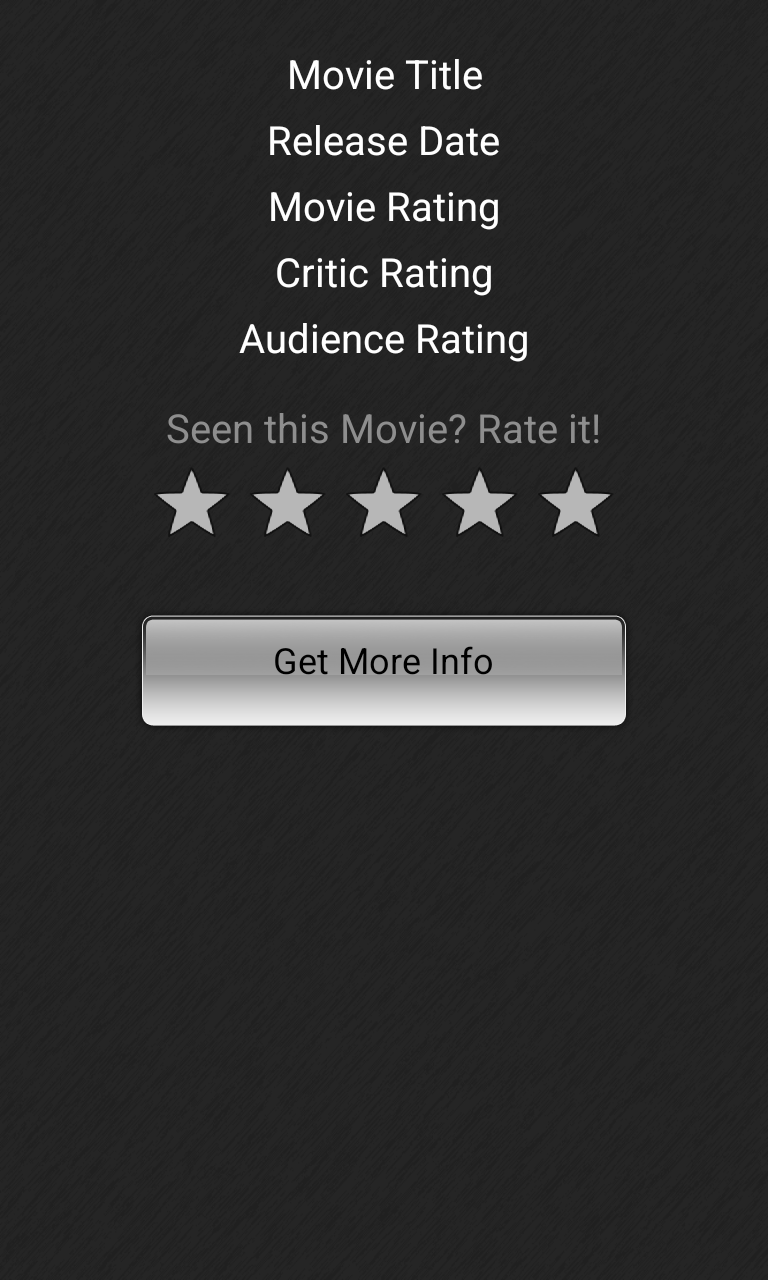
Repository: efreestone/Java2_Freestone
Layout: Java2Project3/res/layout/activity_details.xml
An editor plug-in stored every save of this project. The layout is shown before and after the next save, followed by the edit.
It is drawn on a 768 x 1280 px phone screen (xhdpi) without system bars, with theme AppTheme; the app's code is not run.

Above is the layout before, as saved 2014-05-22 19:36:30.

After the next save:
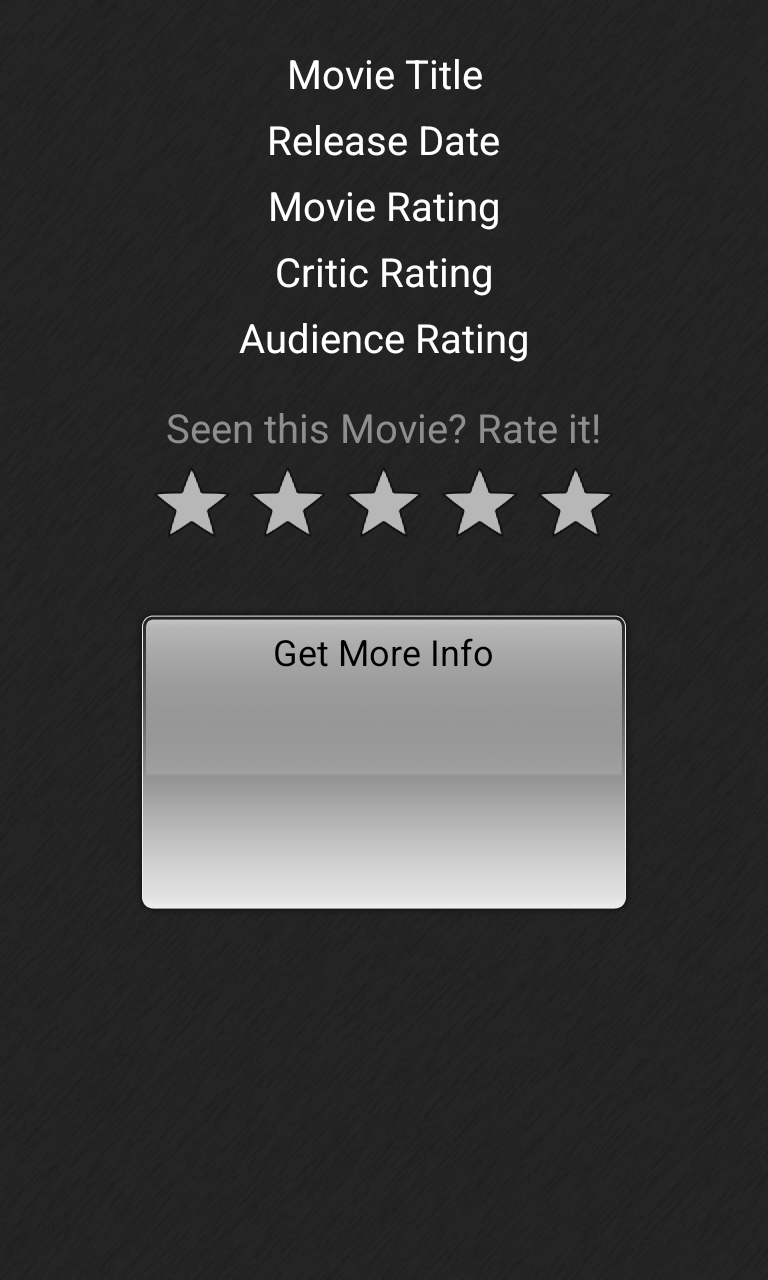
Saved 62 s later.
--- a/Java2Project3/res/layout/activity_details.xml
+++ b/Java2Project3/res/layout/activity_details.xml
@@ -79,7 +79,7 @@
             android:layout_height="wrap_content"
             android:layout_gravity="center"
             android:layout_margin="5dp"
-            android:paddingBottom="20dp"
+            android:paddingBottom="120dp"
             android:background="@drawable/button_background"
             android:clickable="true"
             android:text="@string/moreInfoButtonString"

After the save that followed:
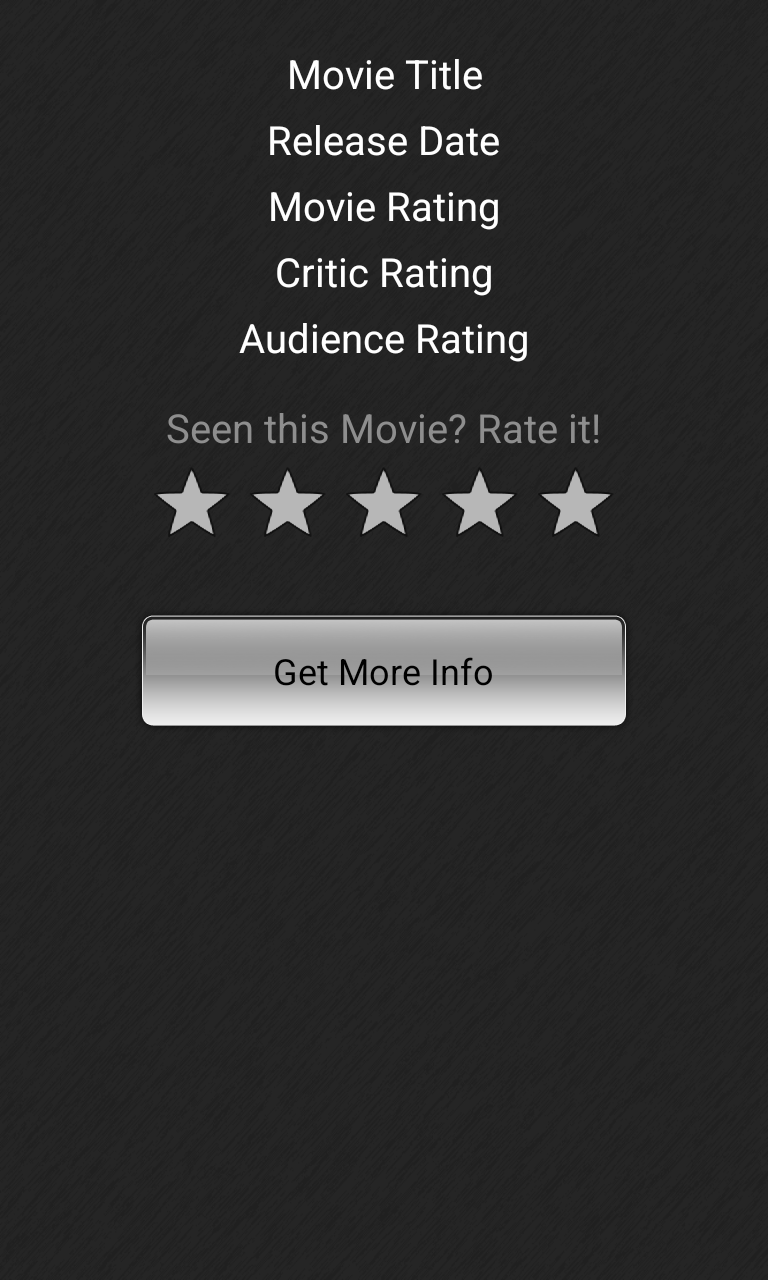
Saved 43 s later.
--- a/Java2Project3/res/layout/activity_details.xml
+++ b/Java2Project3/res/layout/activity_details.xml
@@ -79,7 +79,7 @@
             android:layout_height="wrap_content"
             android:layout_gravity="center"
             android:layout_margin="5dp"
-            android:paddingBottom="120dp"
+            android:layout_marginBottom="20dp"
             android:background="@drawable/button_background"
             android:clickable="true"
             android:text="@string/moreInfoButtonString"
